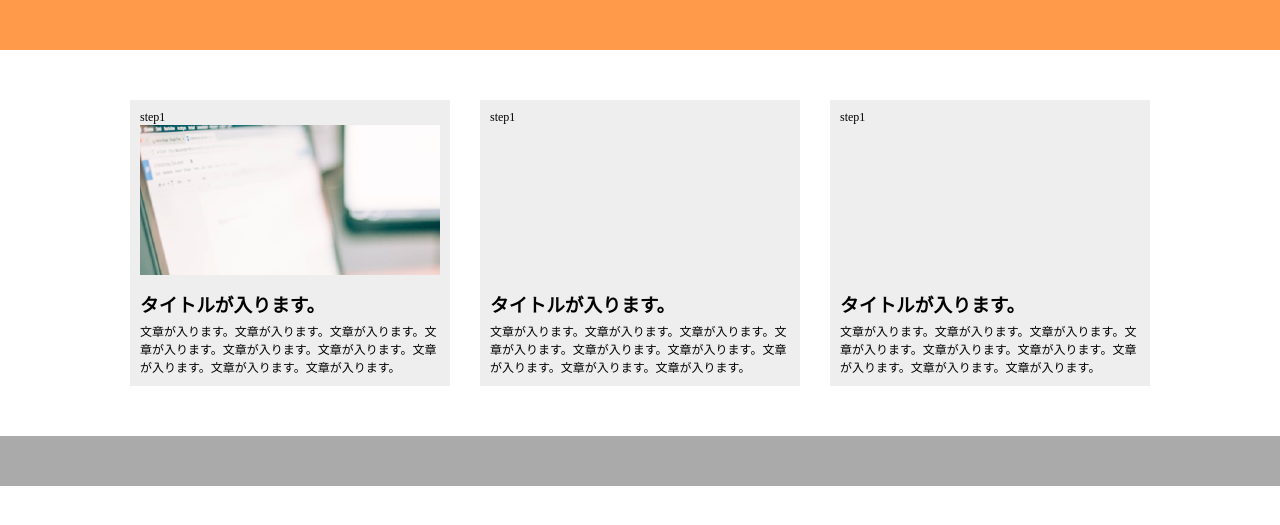
Repository: yukito7878/HTML-CSS-practice
Page: caravan/index9-practice.html
The author's editor kept a record of every edit. The page is drawn from the files as they stood at one moment, then again after the next edit.
The browser window is 1280 px wide. The pictures show the whole page.

Above is the page before.

### caravan/index9-practice.html
<!DOCTYPE html>
<html lang="ja">
  <head>
    <meta charset="UTF-8" />
    <!-- CSSファイルの読み込み -->
    <link rel="stylesheet" href="style9-practice.css" />
    <title>CARAVAN</title>
  </head>

  <body>
    <header class="header"></header>
    <main>
      <div class="main-block">
        <div class="each-block">
          <p class="step">step1</p>
          <div class="image image1"></div>
          <h3>タイトルが入ります。</h3>
          <p>文章が入ります。文章が入ります。文章が入ります。文章が入ります。文章が入ります。文章が入ります。文章が入ります。文章が入ります。文章が入ります。</p>
        </div>
        <div class="each-block">
          <p class="step">step1</p>
          <div class="image image2"></div>
          <h3>タイトルが入ります。</h3>
          <p>文章が入ります。文章が入ります。文章が入ります。文章が入ります。文章が入ります。文章が入ります。文章が入ります。文章が入ります。文章が入ります。</p>
        </div>
        <div class="each-block">
          <p class="step">step1</p>
          <div class="image image3"></div>
          <h3>タイトルが入ります。</h3>
          <p>文章が入ります。文章が入ります。文章が入ります。文章が入ります。文章が入ります。文章が入ります。文章が入ります。文章が入ります。文章が入ります。</p>
        </div>
      </div>
    </main>
    <footer class="footer"></footer>

  </body>
</html>

### caravan/style9-practice.css
*{
  margin: 0;
  padding: 0;
  box-sizing: border-box;
}

.header{
  width: 100%;
  height: 50px;
  background-color: #FF9A4B;
}

.main-block{
  width: 960px;
  margin: 50px auto;
  display: flex;
  justify-content: center;

}

.each-block{
  width: 33.333%;
  padding: 10px 10px;
  background-color: #EEEEEE;
}

.each-block:nth-child(1){
  margin-right: 30px;
}

.each-block:nth-child(3){
  margin-left: 30px;
}

.image{
  height: 150px;
  width: 300px;
}

.image1{
  background-image: url(img-chapter9/flow01.png);
}

.image1{
  background-image: url(img-chapter9/flow01.png);
}

.image1{
  background-image: url(img-chapter9/flow01.png);
}

.each-block h3{
  margin: 15px 0 5px 0;
}

.each-block p{
  font-size: 12px;
}

.footer{
  width: 100%;
  height: 50px;
  background-color: #AAAAAA;
}

After the next edit:
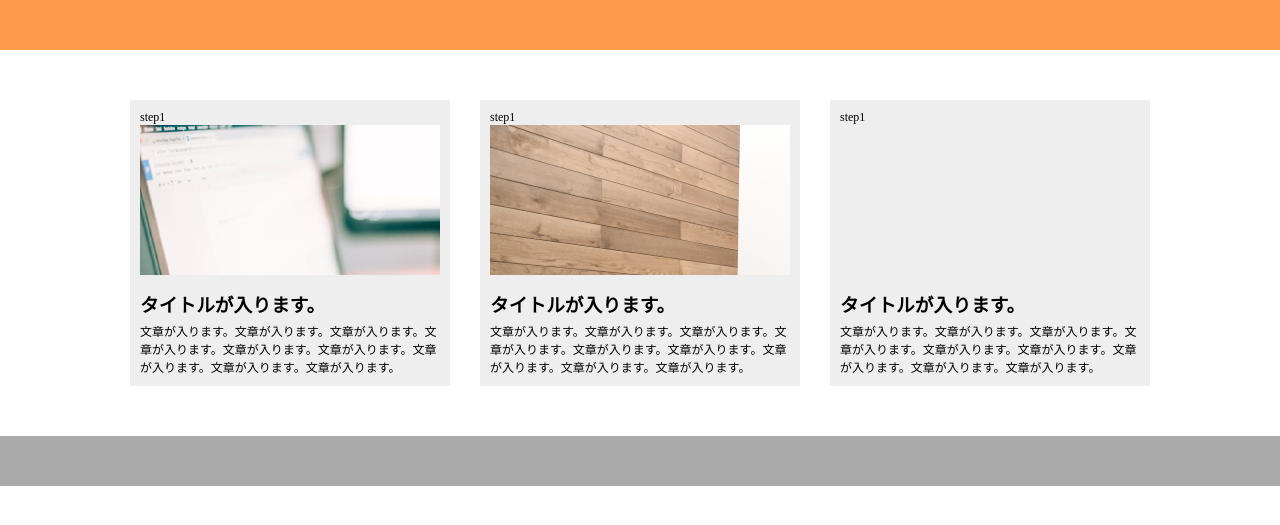
The edit:
--- a/caravan/style9-practice.css
+++ b/caravan/style9-practice.css
@@ -41,8 +41,8 @@
   background-image: url(img-chapter9/flow01.png);
 }
 
-.image1{
-  background-image: url(img-chapter9/flow01.png);
+.image2{
+  background-image: url(img-chapter9/flow02.png);
 }
 
 .image1{
